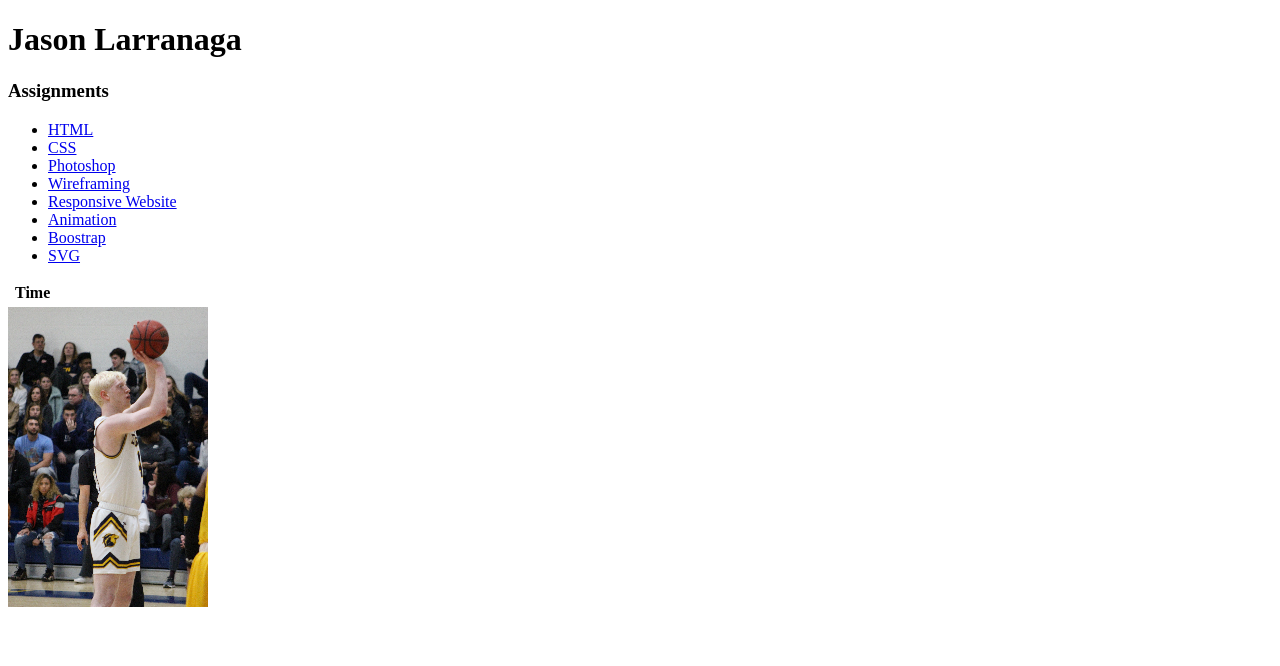
Repository: larranj1/my_website
Page: index.html
The author's editor kept a record of every edit. The page is drawn from the files as they stood at one moment, then again after the next edit.
The browser window is 1280 px wide. The pictures show the whole page.

Above is the page before.

After the next edit:
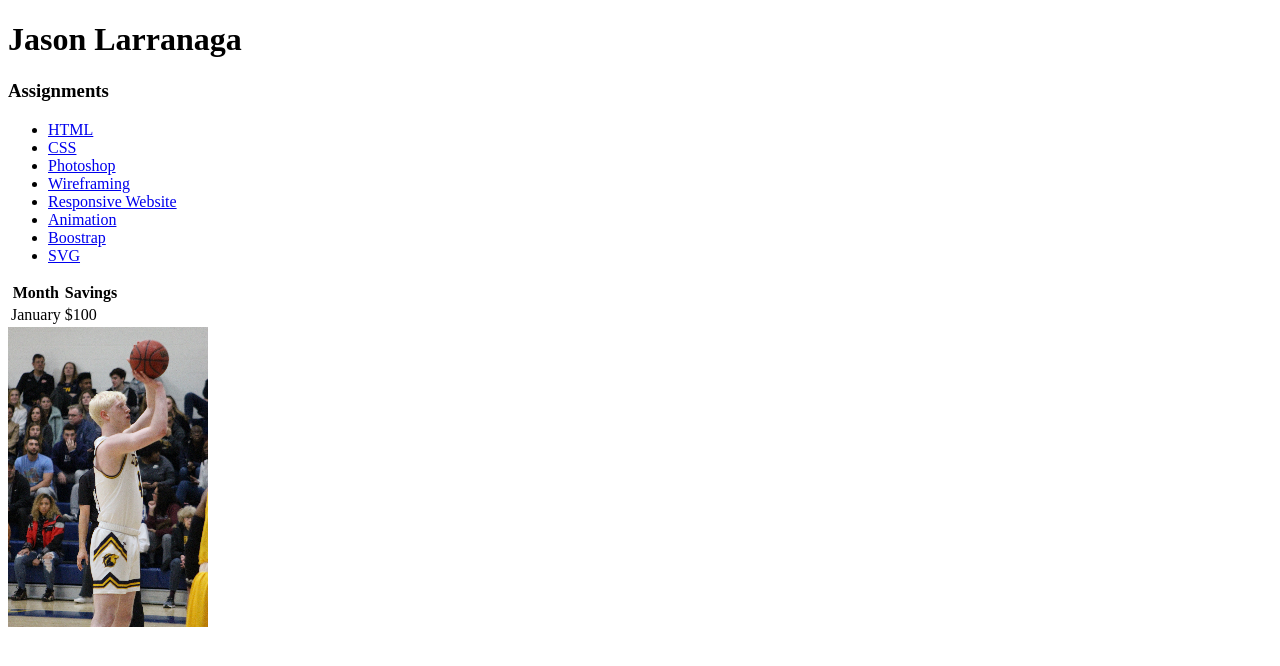
The edit:
--- a/index.html
+++ b/index.html
@@ -18,15 +18,17 @@
            <li> <a href = "assignments/svg/index.html"> SVG </a> </li>
         </ul>
 
-     <table>
-         <tr>
-             <th></th>
-             <th scope="col"> Time </th>
-         </tr>
-         <tr>
+    <table>
+  <tr>
+    <th>Month</th>
+    <th>Savings</th>
+  </tr>
+  <tr>
+    <td>January</td>
+    <td>$100</td>
+  </tr>
+</table>
 
-         </tr>
-     </table>
      <img src="me.jpg" alt="Me">
     </body>
 </html>
